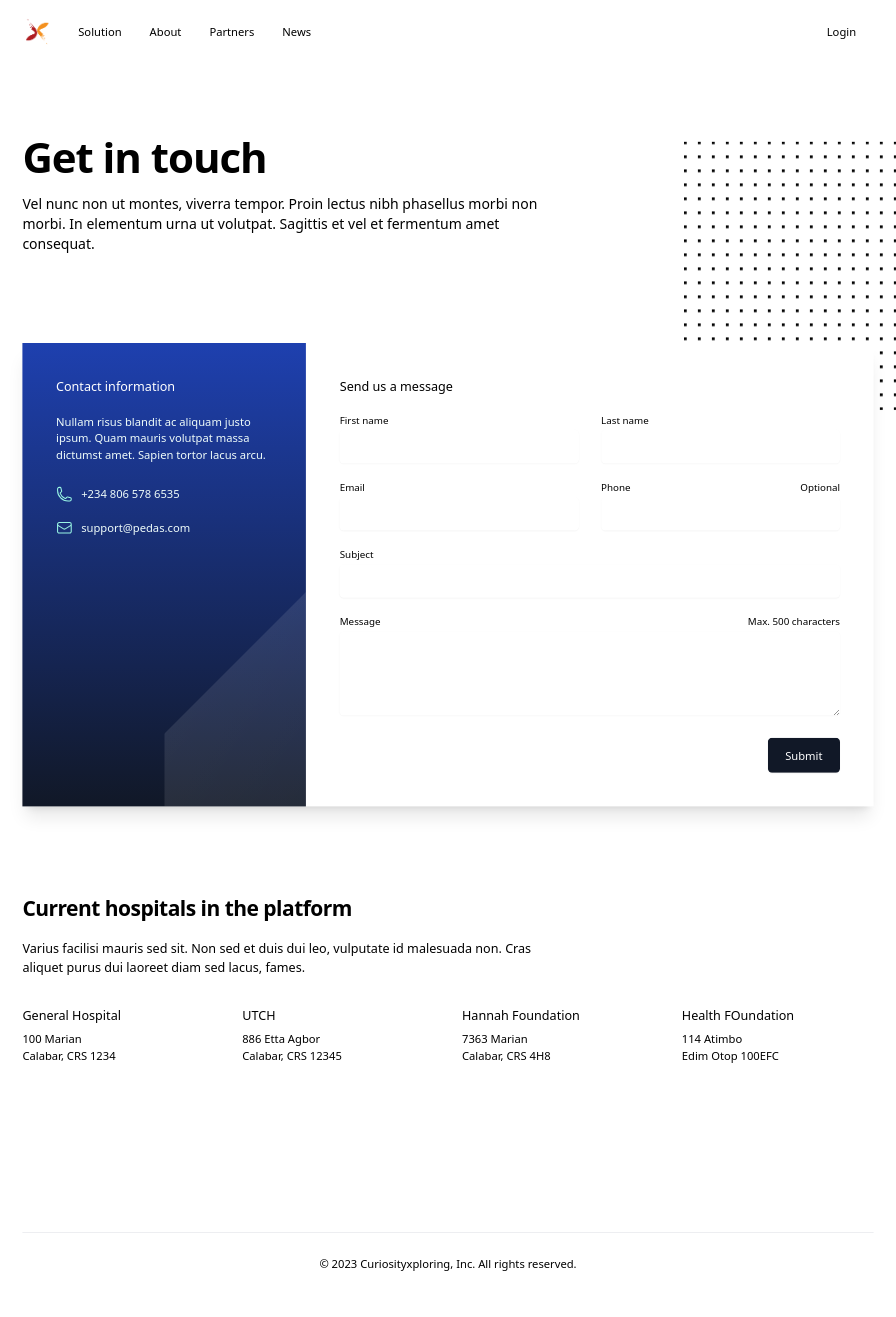
Repository: VinceBrun/medical-web3-app
Page: /contactus
The author's editor kept a copy of each file at every save. The page is drawn from the files as they stood at one save, then again after the next save.
The browser window is 1280 px wide. The pictures show the whole page, at 70% of full size.
The project was rebuilt for these pictures with package versions that can differ from the ones it lists, and the page was loaded fresh each time. The framework's server and built-in components were replaced by stand-ins that run in the browser. Also part of the build but not shown: next.config.js.

Above is the page before, as saved 2023-01-16 19:13:47.

### pages/contactus.js
import React from "react";
import { Fragment } from "react";
import { Popover, Transition } from "@headlessui/react";
import {
  Bars3Icon,
  EnvelopeIcon,
  PhoneIcon,
  XMarkIcon,
} from "@heroicons/react/24/outline";

const navigation = [
  { name: "Solution", href: "#" },
  { name: "About", href: "#" },
  { name: "Partners", href: "#" },
  { name: "News", href: "#" },
];
const hospitals = [
  {
    id: 1,
    city: "General Hospital",
    address: ["100 Marian", "Calabar, CRS 1234"],
  },
  {
    id: 2,
    city: "UTCH",
    address: ["886 Etta Agbor", "Calabar, CRS 12345"],
  },
  {
    id: 3,
    city: "Hannah Foundation",
    address: ["7363 Marian", "Calabar, CRS 4H8"],
  },
  { id: 4, city: "Health FOundation", address: ["114 Atimbo", "Edim Otop 100EFC"] },
];


export default function contactus() {
  return (
    <div className="bg-white">
      <Popover as="header" className="relative">
        <div className="bg-warm-gray-50">
          <nav
            className="relative mx-auto flex max-w-7xl items-center justify-between px-6 pt-6 xl:px-8"
            aria-label="Global"
          >
            <div className="flex flex-1 items-center">
              <div className="flex w-full items-center justify-between lg:w-auto">
                <a href="#">
                  <span className="sr-only">Curiosityxploring</span>
                  <img
                    className="h-8 w-auto sm:h-10"
                    src="/images/curiositylogo.png"
                    alt=""
                  />
                </a>
                <div className="-mr-2 flex items-center lg:hidden">
                  <Popover.Button className="focus-ring-inset inline-flex items-center justify-center rounded-md bg-warm-gray-50 p-2 text-warm-gray-400 hover:bg-warm-gray-100 focus:outline-none focus:ring-2 focus:ring-teal-500">
                    <span className="sr-only">Open main menu</span>
                    <Bars3Icon className="h-6 w-6" aria-hidden="true" />
                  </Popover.Button>
                </div>
              </div>
              <div className="hidden space-x-10 lg:ml-10 lg:flex">
                {navigation.map((item) => (
                  <a
                    key={item.name}
                    href={item.href}
                    className="text-base font-medium text-warm-gray-500 hover:text-warm-gray-900"
                  >
                    {item.name}
                  </a>
                ))}
              </div>
            </div>
            <div className="hidden lg:flex lg:items-center lg:space-x-6">
              <a
                href="/login"
                className="rounded-md border border-transparent bg-warm-gray-100 py-2 px-6 text-base font-medium text-warm-gray-900 hover:bg-warm-gray-200"
              >
                Login
              </a>
            </div>
          </nav>
        </div>

        <Transition
          as={Fragment}
          enter="duration-150 ease-out"
          enterFrom="opacity-0 scale-95"
          enterTo="opacity-100 scale-100"
          leave="duration-100 ease-in"
          leaveFrom="opacity-100 scale-100"
          leaveTo="opacity-0 scale-95"
        >
          <Popover.Panel
            focus
            className="absolute inset-x-0 top-0 z-30 origin-top transform p-2 transition lg:hidden"
          >
            <div className="overflow-hidden rounded-lg bg-white shadow-lg ring-1 ring-black ring-opacity-5">
              <div className="flex items-center justify-between px-5 pt-4">
                <div>
                  <img
                    className="h-8 w-auto"
                    src="/images/curiositylogo.png"
                    alt=""
                  />
                </div>
                <div className="-mr-2">
                  <Popover.Button className="inline-flex items-center justify-center rounded-md bg-white p-2 text-warm-gray-400 hover:bg-warm-gray-100 focus:outline-none focus:ring-2 focus:ring-inset focus:ring-teal-500">
                    <span className="sr-only">Close menu</span>
                    <XMarkIcon className="h-6 w-6" aria-hidden="true" />
                  </Popover.Button>
                </div>
              </div>
              <div className="pt-5 pb-6">
                <div className="space-y-1 px-2">
                  {navigation.map((item) => (
                    <a
                      key={item.name}
                      href={item.href}
                      className="block rounded-md px-3 py-2 text-base font-medium text-warm-gray-900 hover:bg-warm-gray-50"
                    >
                      {item.name}
                    </a>
                  ))}
                </div>
                <div className="mt-6 px-5">
                  <a
                    href="/login"
                    className="block w-full rounded-md border border-transparent bg-teal-500 py-2 px-4 text-center font-medium text-white shadow hover:bg-teal-600"
                  >
                    Login
                  </a>
                </div>
              </div>
            </div>
          </Popover.Panel>
        </Transition>
      </Popover>

      <main className="overflow-hidden">
        {/* Header */}
        <div className="bg-warm-gray-50">
          <div className="py-24 lg:py-32">
            <div className="relative z-10 mx-auto max-w-7xl pl-4 pr-8 sm:px-6 lg:px-8">
              <h1 className="text-4xl font-bold tracking-tight text-warm-gray-900 sm:text-5xl lg:text-6xl">
                Get in touch
              </h1>
              <p className="mt-6 max-w-3xl text-xl text-warm-gray-500">
                Vel nunc non ut montes, viverra tempor. Proin lectus nibh
                phasellus morbi non morbi. In elementum urna ut volutpat.
                Sagittis et vel et fermentum amet consequat.
              </p>
            </div>
          </div>
        </div>

        {/* Contact section */}
        <section
          className="relative bg-white"
          aria-labelledby="contact-heading"
        >
          <div
            className="absolute h-1/2 w-full bg-warm-gray-50"
            aria-hidden="true"
          />
          {/* Decorative dot pattern */}
          <div className="relative mx-auto max-w-7xl px-6 lg:px-8">
            <svg
              className="absolute top-0 right-0 z-0 -translate-y-16 translate-x-1/2 transform sm:translate-x-1/4 md:-translate-y-24 lg:-translate-y-72"
              width={404}
              height={384}
              fill="none"
              viewBox="0 0 404 384"
              aria-hidden="true"
            >
              <defs>
                <pattern
                  id="64e643ad-2176-4f86-b3d7-f2c5da3b6a6d"
                  x={0}
                  y={0}
                  width={20}
                  height={20}
                  patternUnits="userSpaceOnUse"
                >
                  <rect
                    x={0}
                    y={0}
                    width={4}
                    height={4}
                    className="text-warm-gray-200"
                    fill="currentColor"
                  />
                </pattern>
              </defs>
              <rect
                width={404}
                height={384}
                fill="url(#64e643ad-2176-4f86-b3d7-f2c5da3b6a6d)"
              />
            </svg>
          </div>
          <div className="mx-auto max-w-7xl px-6 lg:px-8">
            <div className="relative bg-white shadow-xl">
              <h2 id="contact-heading" className="sr-only">
                Contact us
              </h2>

              <div className="grid grid-cols-1 lg:grid-cols-3">
                {/* Contact information */}
                <div className="relative overflow-hidden bg-gradient-to-b from-blue-800 to-gray-900 py-10 px-6 sm:px-10 xl:p-12">
                  {/* Decorative angle backgrounds */}
                  <div
                    className="pointer-events-none absolute inset-0 sm:hidden"
                    aria-hidden="true"
                  >
                    <svg
                      className="absolute inset-0 h-full w-full"
                      width={343}
                      height={388}
                      viewBox="0 0 343 388"
                      fill="none"
                      preserveAspectRatio="xMidYMid slice"
                      xmlns="http://www.w3.org/2000/svg"
                    >
                      <path
                        d="M-99 461.107L608.107-246l707.103 707.107-707.103 707.103L-99 461.107z"
                        fill="url(#linear1)"
                        fillOpacity=".1"
                      />
                      <defs>
                        <linearGradient
                          id="linear1"
                          x1="254.553"
                          y1="107.554"
                          x2="961.66"
                          y2="814.66"
                          gradientUnits="userSpaceOnUse"
                        >
                          <stop stopColor="#fff" />
                          <stop offset={1} stopColor="#fff" stopOpacity={0} />
                        </linearGradient>
                      </defs>
                    </svg>
                  </div>
                  <div
                    className="pointer-events-none absolute top-0 right-0 bottom-0 hidden w-1/2 sm:block lg:hidden"
                    aria-hidden="true"
                  >
                    <svg
                      className="absolute inset-0 h-full w-full"
                      width={359}
                      height={339}
                      viewBox="0 0 359 339"
                      fill="none"
                      preserveAspectRatio="xMidYMid slice"
                      xmlns="http://www.w3.org/2000/svg"
                    >
                      <path
                        d="M-161 382.107L546.107-325l707.103 707.107-707.103 707.103L-161 382.107z"
                        fill="url(#linear2)"
                        fillOpacity=".1"
                      />
                      <defs>
                        <linearGradient
                          id="linear2"
                          x1="192.553"
                          y1="28.553"
                          x2="899.66"
                          y2="735.66"
                          gradientUnits="userSpaceOnUse"
                        >
                          <stop stopColor="#fff" />
                          <stop offset={1} stopColor="#fff" stopOpacity={0} />
                        </linearGradient>
                      </defs>
                    </svg>
                  </div>
                  <div
                    className="pointer-events-none absolute top-0 right-0 bottom-0 hidden w-1/2 lg:block"
                    aria-hidden="true"
                  >
                    <svg
                      className="absolute inset-0 h-full w-full"
                      width={160}
                      height={678}
                      viewBox="0 0 160 678"
                      fill="none"
                      preserveAspectRatio="xMidYMid slice"
                      xmlns="http://www.w3.org/2000/svg"
                    >
                      <path
                        d="M-161 679.107L546.107-28l707.103 707.107-707.103 707.103L-161 679.107z"
                        fill="url(#linear3)"
                        fillOpacity=".1"
                      />
                      <defs>
                        <linearGradient
                          id="linear3"
                          x1="192.553"
                          y1="325.553"
                          x2="899.66"
                          y2="1032.66"
                          gradientUnits="userSpaceOnUse"
                        >
                          <stop stopColor="#fff" />
                          <stop offset={1} stopColor="#fff" stopOpacity={0} />
                        </linearGradient>
                      </defs>
                    </svg>
                  </div>
                  <h3 className="text-lg font-medium text-white">
                    Contact information
                  </h3>
                  <p className="mt-6 max-w-3xl text-base text-teal-50">
                    Nullam risus blandit ac aliquam justo ipsum. Quam mauris
                    volutpat massa dictumst amet. Sapien tortor lacus arcu.
                  </p>
                  <dl className="mt-8 space-y-6">
                    <dt>
                      <span className="sr-only">Phone number</span>
                    </dt>
                    <dd className="flex text-base text-teal-50">
                      <PhoneIcon
                        className="h-6 w-6 flex-shrink-0 text-teal-200"
                        aria-hidden="true"
                      />
                      <span className="ml-3">+234 806 578 6535</span>
                    </dd>
                    <dt>
                      <span className="sr-only">Email</span>
                    </dt>
                    <dd className="flex text-base text-teal-50">
                      <EnvelopeIcon
                        className="h-6 w-6 flex-shrink-0 text-teal-200"
                        aria-hidden="true"
                      />
                      <span className="ml-3">support@pedas.com</span>
                    </dd>
                  </dl>

                </div>

                {/* Contact form */}
                <div className="py-10 px-6 sm:px-10 lg:col-span-2 xl:p-12">
                  <h3 className="text-lg font-medium text-warm-gray-900">
                    Send us a message
                  </h3>
                  <form
                    action="#"
                    method="POST"
                    className="mt-6 grid grid-cols-1 gap-y-6 sm:grid-cols-2 sm:gap-x-8"
                  >
                    <div>
                      <label
                        htmlFor="first-name"
                        className="block text-sm font-medium text-warm-gray-900"
                      >
                        First name
                      </label>
                      <div className="mt-1">
                        <input
                          type="text"
                          name="first-name"
                          id="first-name"
                          autoComplete="given-name"
                          className="block w-full rounded-md border-warm-gray-300 py-3 px-4 text-warm-gray-900 shadow-sm focus:border-teal-500 focus:ring-teal-500"
                        />
                      </div>
                    </div>
                    <div>
                      <label
                        htmlFor="last-name"
                        className="block text-sm font-medium text-warm-gray-900"
                      >
                        Last name
                      </label>
                      <div className="mt-1">
                        <input
                          type="text"
                          name="last-name"
                          id="last-name"
                          autoComplete="family-name"
                          className="block w-full rounded-md border-warm-gray-300 py-3 px-4 text-warm-gray-900 shadow-sm focus:border-teal-500 focus:ring-teal-500"
                        />
                      </div>
                    </div>
                    <div>
                      <label
                        htmlFor="email"
                        className="block text-sm font-medium text-warm-gray-900"
                      >
                        Email
                      </label>
                      <div className="mt-1">
                        <input
                          id="email"
                          name="email"
                          type="email"
                          autoComplete="email"
                          className="block w-full rounded-md border-warm-gray-300 py-3 px-4 text-warm-gray-900 shadow-sm focus:border-teal-500 focus:ring-teal-500"
                        />
                      </div>
                    </div>
                    <div>
                      <div className="flex justify-between">
                        <label
                          htmlFor="phone"
                          className="block text-sm font-medium text-warm-gray-900"
                        >
                          Phone
                        </label>
                        <span
                          id="phone-optional"
                          className="text-sm text-warm-gray-500"
                        >
                          Optional
                        </span>
                      </div>
                      <div className="mt-1">
                        <input
                          type="text"
                          name="phone"
                          id="phone"
                          autoComplete="tel"
                          className="block w-full rounded-md border-warm-gray-300 py-3 px-4 text-warm-gray-900 shadow-sm focus:border-teal-500 focus:ring-teal-500"
                          aria-describedby="phone-optional"
                        />
                      </div>
                    </div>
                    <div className="sm:col-span-2">
                      <label
                        htmlFor="subject"
                        className="block text-sm font-medium text-warm-gray-900"
                      >
                        Subject
                      </label>
                      <div className="mt-1">
                        <input
                          type="text"
                          name="subject"
                          id="subject"
                          className="block w-full rounded-md border-warm-gray-300 py-3 px-4 text-warm-gray-900 shadow-sm focus:border-teal-500 focus:ring-teal-500"
                        />
                      </div>
                    </div>
                    <div className="sm:col-span-2">
                      <div className="flex justify-between">
                        <label
                          htmlFor="message"
                          className="block text-sm font-medium text-warm-gray-900"
                        >
                          Message
                        </label>
                        <span
                          id="message-max"
                          className="text-sm text-warm-gray-500"
                        >
                          Max. 500 characters
                        </span>
                      </div>
                      <div className="mt-1">
                        <textarea
                          id="message"
                          name="message"
                          rows={4}
                          className="block w-full rounded-md border-warm-gray-300 py-3 px-4 text-warm-gray-900 shadow-sm focus:border-teal-500 focus:ring-teal-500"
                          aria-describedby="message-max"
                          defaultValue={""}
                        />
                      </div>
                    </div>
                    <div className="sm:col-span-2 sm:flex sm:justify-end">
                      <button
                        type="submit"
                        className="mt-2 inline-flex w-full items-center justify-center rounded-md border border-transparent bg-gray-900 px-6 py-3 text-base font-medium text-white shadow-sm hover:bg-teal-600 focus:outline-none focus:ring-2 focus:ring-teal-500 focus:ring-offset-2 sm:w-auto"
                      >
                        Submit
                      </button>
                    </div>
                  </form>
                </div>
              </div>
            </div>
          </div>
        </section>

        {/* Contact grid */}
        <section aria-labelledby="offices-heading">
          <div className="mx-auto max-w-7xl py-24 px-6 sm:py-32 lg:px-8">
            <h2
              id="offices-heading"
              className="text-3xl font-bold tracking-tight text-warm-gray-900"
            >
              Current hospitals in the platform
            </h2>
            <p className="mt-6 max-w-3xl text-lg text-warm-gray-500">
              Varius facilisi mauris sed sit. Non sed et duis dui leo, vulputate
              id malesuada non. Cras aliquet purus dui laoreet diam sed lacus,
              fames.
            </p>
            <div className="mt-10 grid grid-cols-1 gap-10 sm:grid-cols-2 lg:grid-cols-4">
              {hospitals.map((hospital) => (
                <div key={hospital.id}>
                  <h3 className="text-lg font-medium text-warm-gray-900">
                    {hospital.city}
                  </h3>
                  <p className="mt-2 text-base text-warm-gray-500">
                    {hospital.address.map((line) => (
                      <span key={line} className="block">
                        {line}
                      </span>
                    ))}
                  </p>
                </div>
              ))}
            </div>
          </div>
        </section>
      </main>

      <footer className="bg-warm-gray-900" aria-labelledby="footer-heading">
        <h2 id="footer-heading" className="sr-only">
          Footer
        </h2>
        <div className="mx-auto max-w-7xl py-12 px-6 lg:py-16 lg:px-8">

          <div className="mt-12 border-t border-warm-gray-700 pt-8">
            <p className="text-base text-warm-gray-400 xl:text-center">
              &copy; 2023 Curiosityxploring, Inc. All rights reserved.
            </p>
          </div>
        </div>
      </footer>
    </div>
  );
}

Loaded but not shown: pages/_app.js (common file); pages/_document.js (common file); tailwind.config.js (common file); styles/globals.css (111 lines, source omitted)

After the next save:
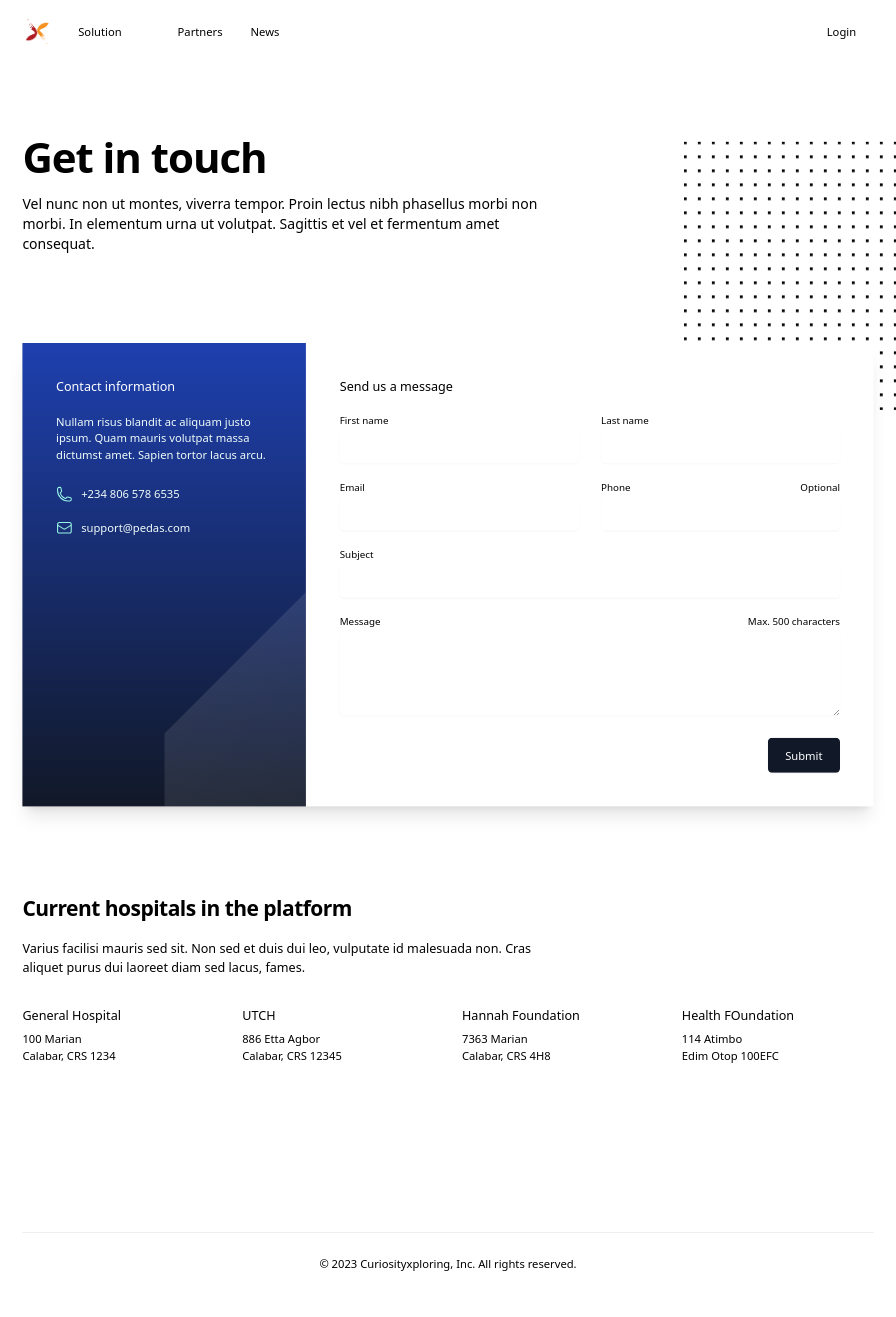
Saved 15 s later.
--- a/pages/contactus.js
+++ b/pages/contactus.js
@@ -10,7 +10,7 @@
 
 const navigation = [
   { name: "Solution", href: "#" },
-  { name: "About", href: "#" },
+  { name: "", href: "#" },
   { name: "Partners", href: "#" },
   { name: "News", href: "#" },
 ];
